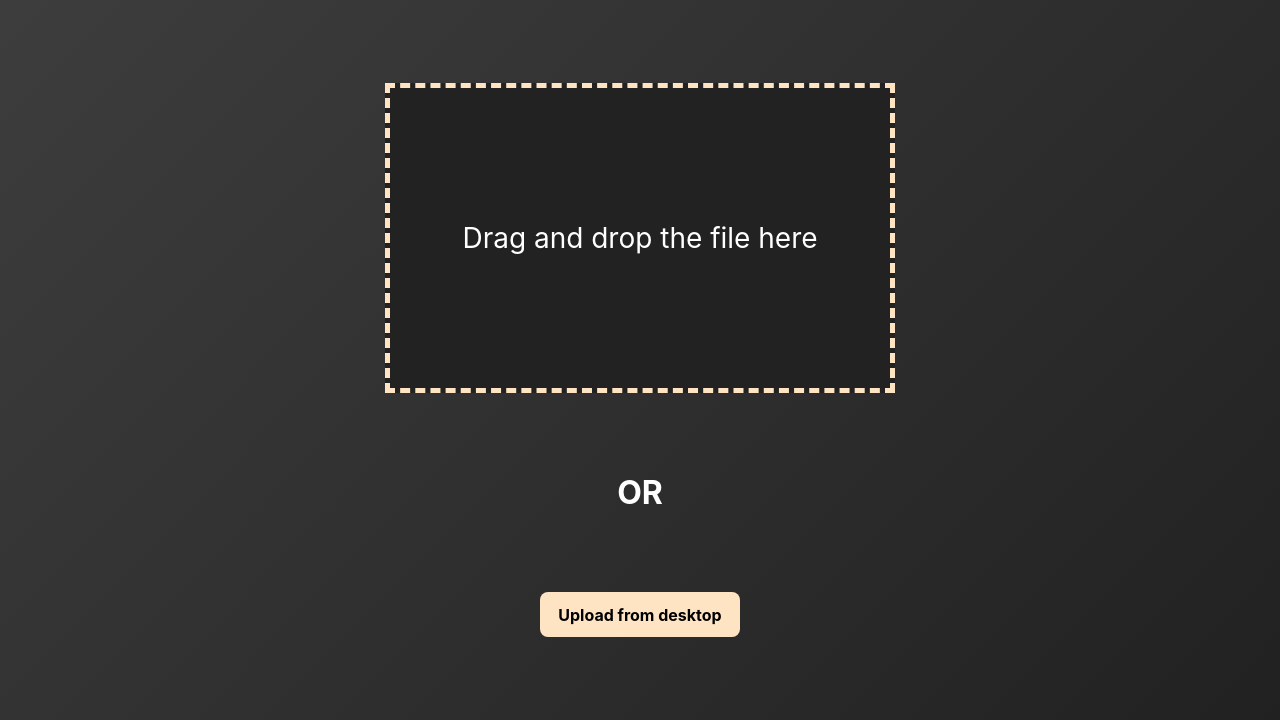
Repository: RXBVK/rt-map
Page: /
An editor plug-in stored every save of this project. The page is shown before and after the next save, followed by the edit.
The browser window is 1280 px wide. The pictures show the whole page.
The project was rebuilt for these pictures with package versions that can differ from the ones it lists, and the page was loaded fresh each time. Also part of the build but not shown: src/components/ColumnsPicker/styles/columns-picker.css, src/components/ColumnsPicker/ColumnsPicker.js, src/components/Map/Map.js.

Above is the page before, as saved 2021-07-21 21:33:58.

After the next save:
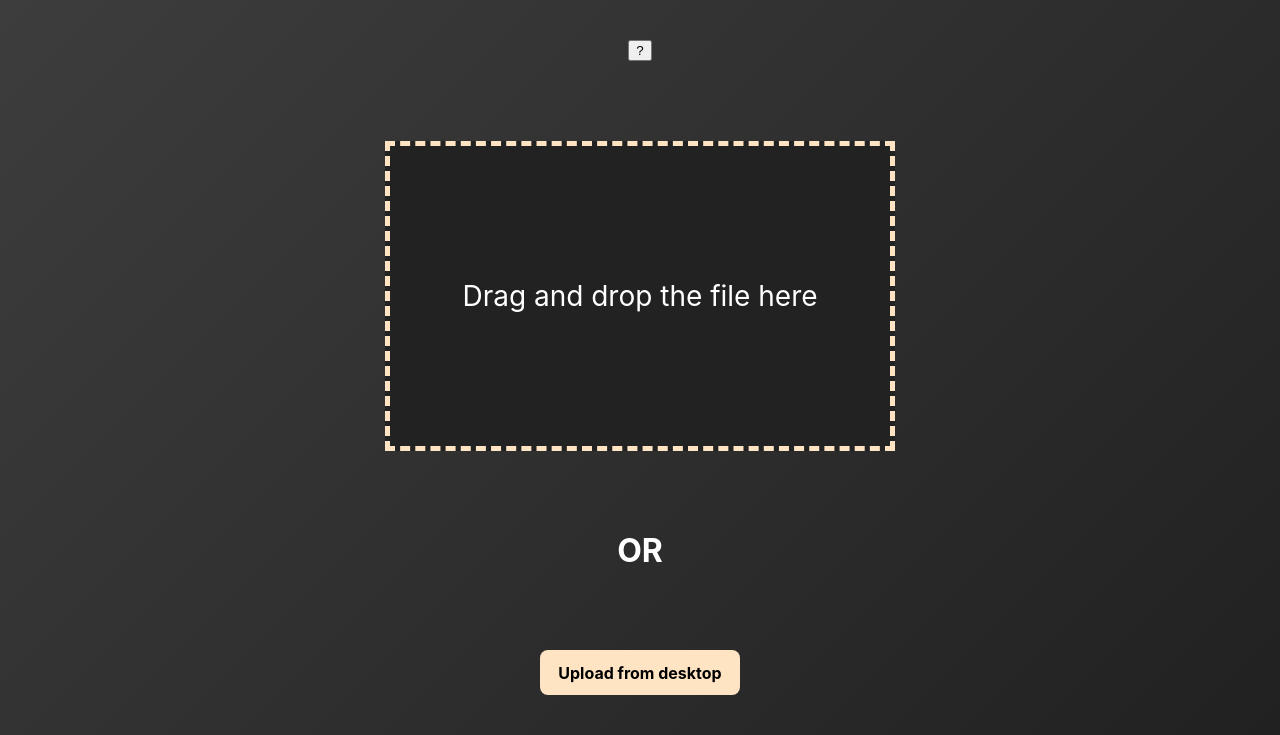
Saved 3 min 8 s later.
--- a/src/components/CsvUploader/CsvUploader.js
+++ b/src/components/CsvUploader/CsvUploader.js
@@ -24,6 +24,7 @@ export default function CsvUploader(props) {
 
   return (
     <div className="csv-uploader__container">
+      <button>?</button>
       <div className="csv-uploader__dropzone" onDrop={(e) => handleDropZone(e)}>
         <p>Drag and drop the file here</p>
       </div>
